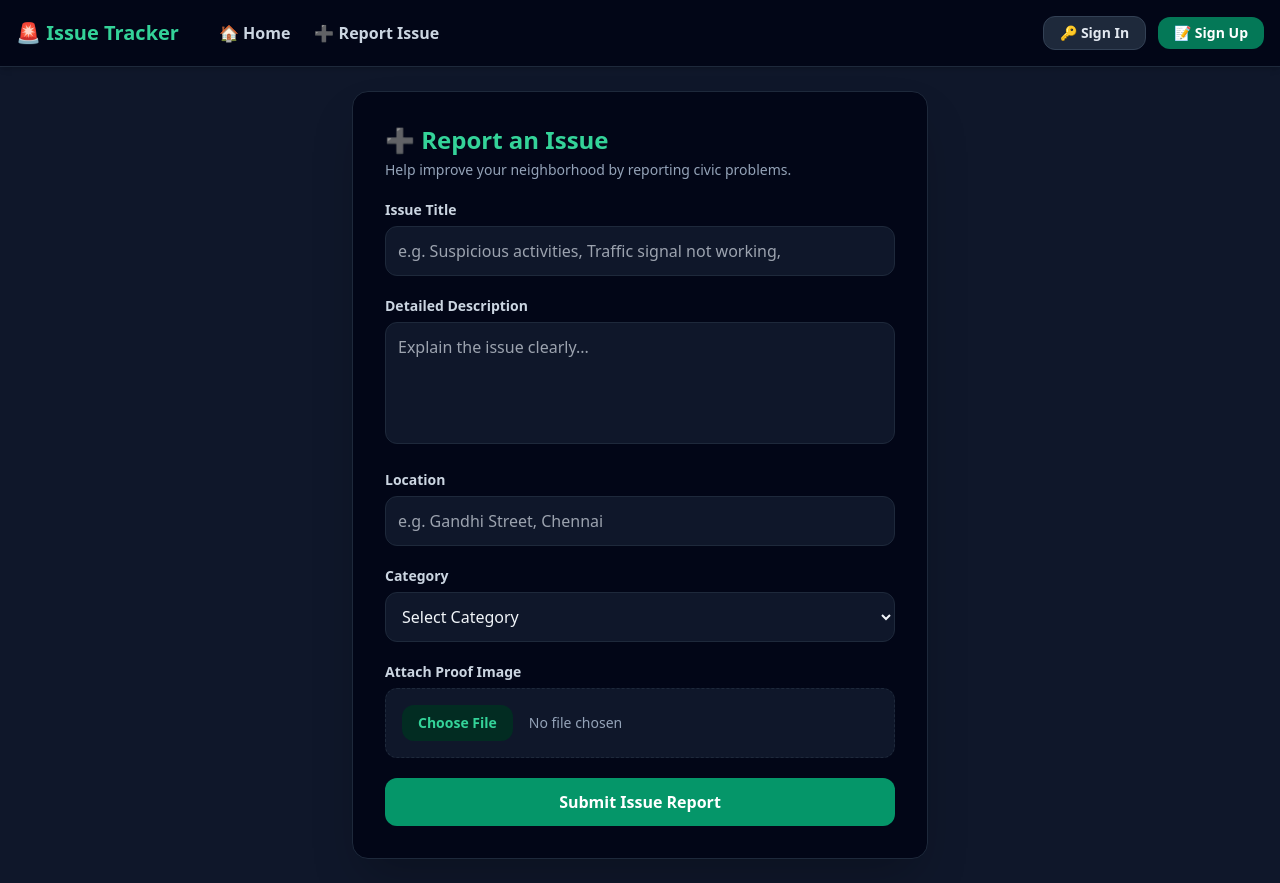
Repository: pugazhendhiprem3-cp/local-issue-management-system-.-.-.
Page: /create-issue (app in my-react-app/)
The author's editor kept a copy of each file at every save. The page is drawn from the files as they stood at one save, then again after the next save.
The browser window is 1280 px wide. The pictures show the whole page.
The project was rebuilt for these pictures with package versions that can differ from the ones it lists, and the page was loaded fresh each time. Also part of the build but not shown: my-react-app/vite.config.js, my-react-app/src/pages/IssuesFeed.jsx, my-react-app/src/pages/login.jsx, my-react-app/src/pages/Signup.jsx.

Above is the page before, as saved 2026-05-23 14:21:24.

After the next save:
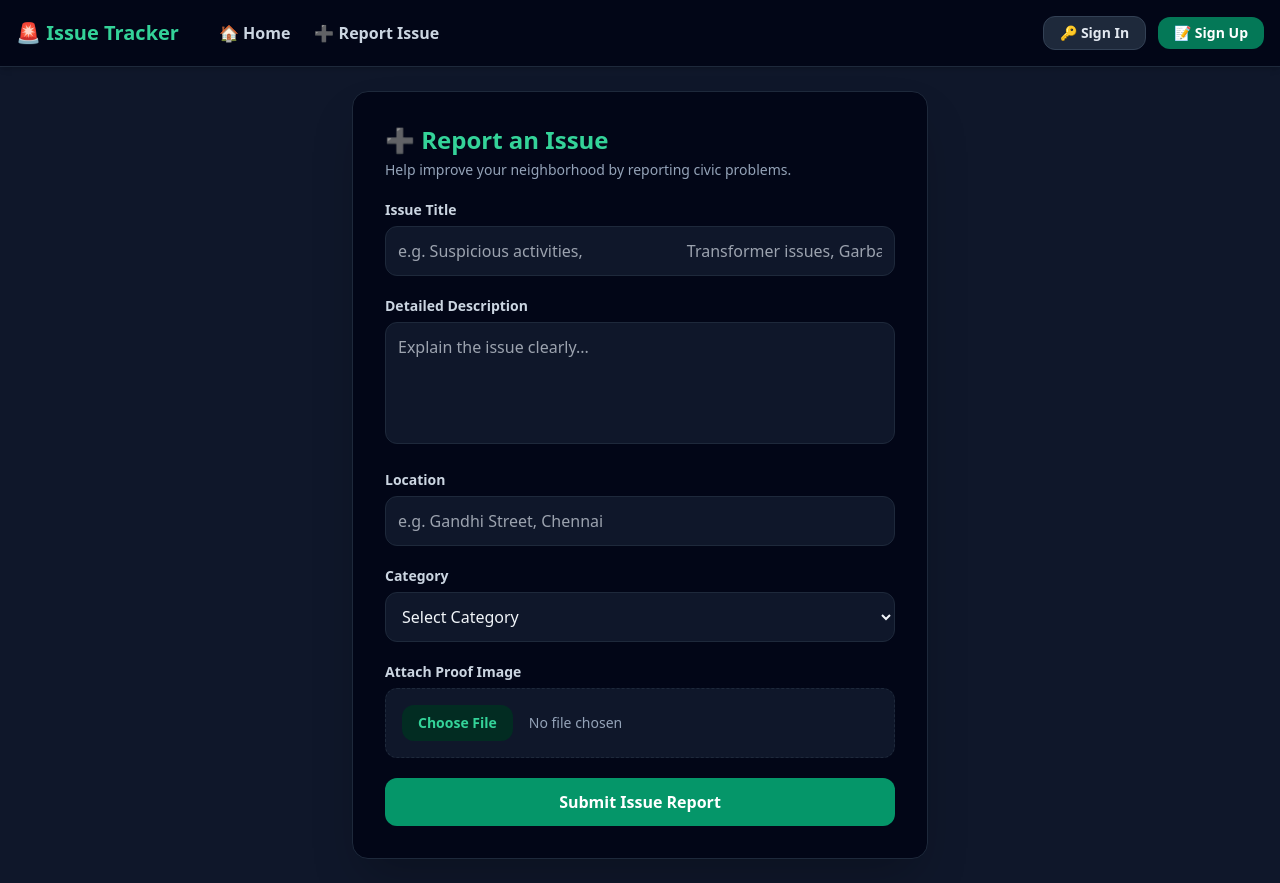
Saved 9 s later.
--- a/my-react-app/src/pages/CreateIssue.jsx
+++ b/my-react-app/src/pages/CreateIssue.jsx
@@ -120,7 +120,7 @@ const CreateIssue = () => {
                         name="title"
                         value={formDataState.title}
                         onChange={handleChange}
-                        placeholder="e.g. Suspicious activities, Traffic signal not working,
+                        placeholder="e.g. Suspicious activities,
                          Transformer issues, Garbage not collected, , Broken CCTV cameras"
                         required
                         className="w-full p-3 rounded-xl bg-slate-900 border border-slate-800 focus:outline-none focus:border-emerald-500 text-slate-100"
